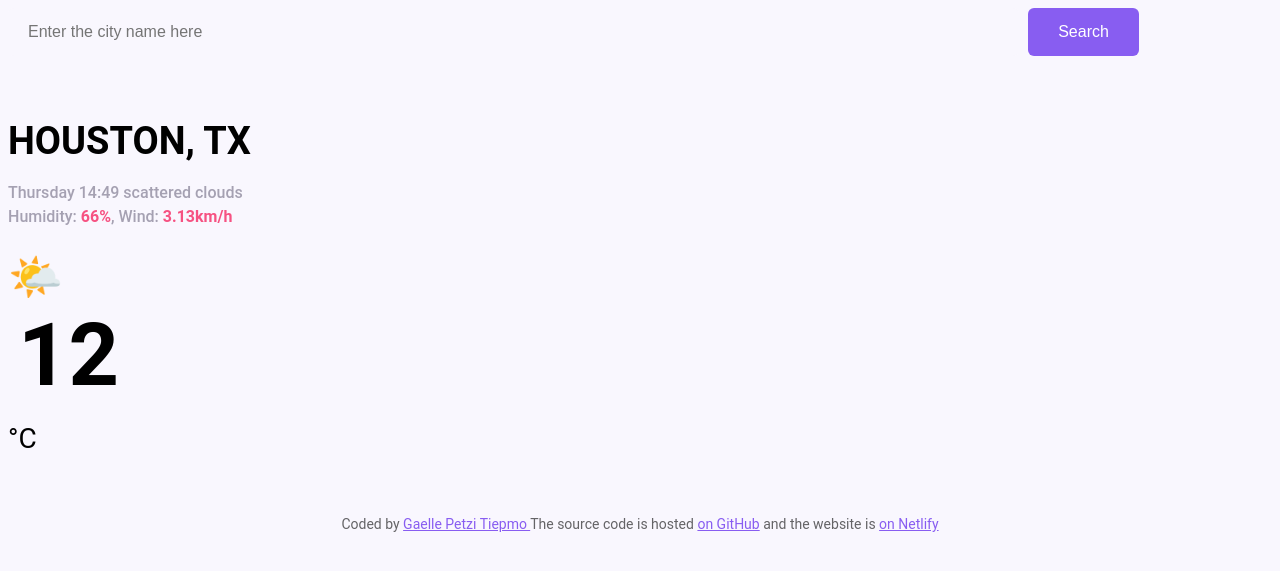
Repository: OnwardForward/meteo.by.gaelle
Page: meteo.appbygaelle.html
These files come from the project's save history. The page is drawn as it stood at one moment and after a run of saves; the edit follows.
The browser window is 1280 px wide. The pictures show the whole page.

Above is the page before, as saved 2024-04-18 15:34:21.

### meteo.appbygaelle.html
<!DOCTYPE html>
<html lang="en">
<head>
    <meta charset="UTF-8">
    <meta name="viewport" content="width=device-width, initial-scale=1.0">
    <title>Meteo By Gaelle</title>
    <link rel="stylesheet" href="src\styles.css" />
</head>
<body>
    <div class="meteo-app">
    <header>
    <form class="search-form">
        <input type="search" placeholder="Enter the city name here" required class="search-form-input" />
        <input type="submit" value="Search" class="search-form-button" />
    </form>
   </header>
   <main>
    <div class="meteo-app-data"></div>
    <div>
        <h1 class="weather-app-city">HOUSTON, TX</h1>
        <p class="weather-app-details">
            Thursday 14:49 scattered clouds
            <br />
            Humidity: <strong>66%</strong>, Wind: <strong>3.13km/h</strong>
        </p>
    </div>
    <div>
        <div class="weather-app-icon">🌤️</div>
        <div class="weather-app-temperature">12</div>
        <div class="weatehr-app-unit">°C</div>
    </div>
   </main>




</body>
<footer>
    Coded by <a href="https://github.com/OnwardForward" target="_blank"> Gaelle Petzi Tiepmo </a>
    The source code is hosted <a href="https://github.com/OnwardForward/meteo.by.gaelle" target="_blank">on GitHub</a>
    and the website is <a href="https://meteo-app-by-gaellept.netlify.app/" target="_blank"> on Netlify</a>
</footer>
</html>

### src/styles.css
body {
  background-color: #f9f7fe;
  font-family: "Roboto", sans-serif;
}

a {
  color: #885df1;
}

.weather-app {
  background: white;
  max-width: 600px;
  margin: 45px auto;
  box-shadow: 0 30px 50px rgba(65, 50, 100, 0.08);
  border-radius: 16px;
  padding: 30px;
}

header {
  border-bottom: 1px solid #f9f7fe;
  padding: 0 0 30px 0;
}

.search-form-input {
  background-color: #f9f7fe;
  border: none;
  border-radius: 6px;
  width: 80%;
  font-size: 16px;
  padding: 15px 20px;
}

.search-form-button {
  background: #885df1;
  padding: 15px 30px;
  border: none;
  font-size: 16px;
  margin-left: 5px;
  border-radius: 6px;
  color: white;
}

main {
  padding: 30px 0;
}

.weather-app-data {
  display: flex;
  justify-content: space-between;
}

.weather-app-city {
  margin: 0;
  font-size: 38px;
  line-height: 48px;
}

.weather-app-details {
  font-size: 16px;
  color: rgba(39, 33, 66, 0.4);
  line-height: 24px;
  font-weight: 500;
}

.weather-app-details strong {
  color: #f65282;
}

.weather-app-temperature-container {
  display: flex;
}

.weather-app-icon {
  font-size: 44px;
  margin-top: 22px;
}

.weather-app-temperature {
  font-size: 88px;
  margin-left: 10px;
  font-weight: bold;
}

.weatehr-app-unit {
  margin-top: 16px;
  font-size: 28px;
}

footer {
  border-top: 1px solid #f9f7fe;
  padding: 30px 0 0 0;
  text-align: center;
  font-size: 14px;
  color: rgba(0, 0, 0, 0.6);
}

After the next 2 saves:
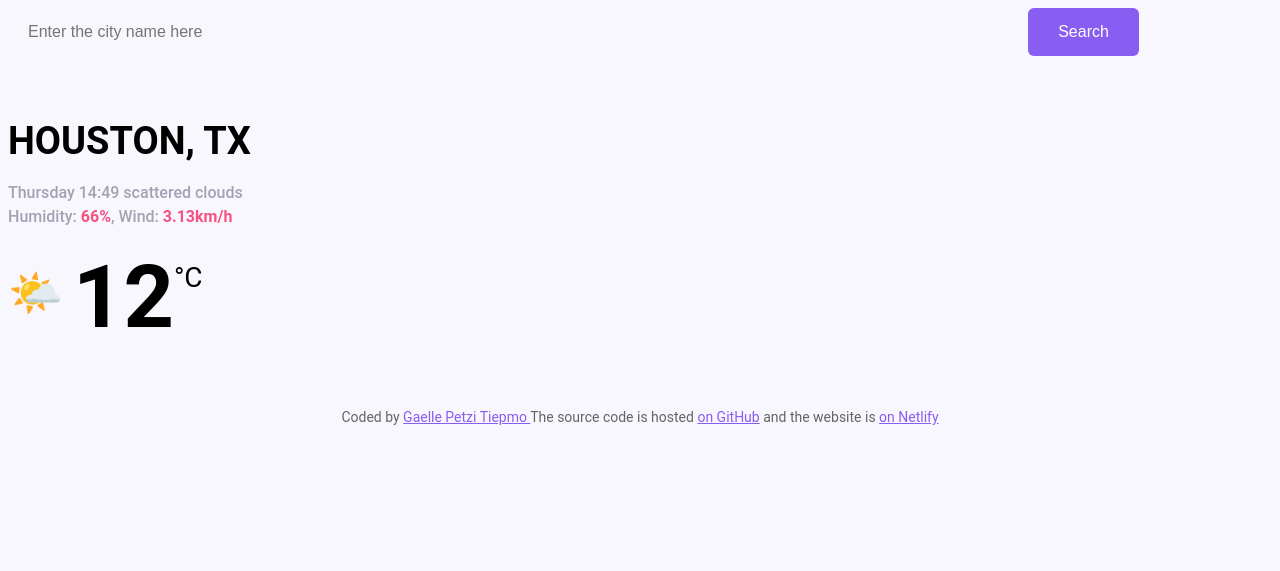
The 2 saves are shown as one change because they came seconds apart.
The last was saved 16 s later.
--- a/meteo.appbygaelle.html
+++ b/meteo.appbygaelle.html
@@ -24,7 +24,7 @@
             Humidity: <strong>66%</strong>, Wind: <strong>3.13km/h</strong>
         </p>
     </div>
-    <div>
+    <div class="weather-app-temperature-container">
         <div class="weather-app-icon">🌤️</div>
         <div class="weather-app-temperature">12</div>
         <div class="weatehr-app-unit">°C</div>
